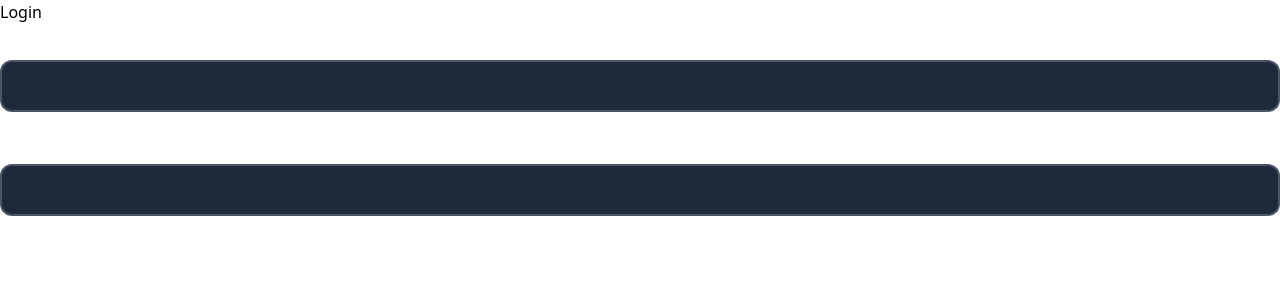
Repository: GabrielF0900/Tarefix
Page: / (app in Frontend/)
The author's editor kept a copy of each file at every save. The page is drawn from the files as they stood at one save, then again after a run of saves.
The browser window is 1280 px wide. The pictures show the whole page.
The project was rebuilt for these pictures with package versions that can differ from the ones it lists, and the page was loaded fresh each time. Also part of the build but not shown: Frontend/vite.config.ts.

Above is the page before, as saved 2025-07-24 17:52:39.

After the next 2 saves:
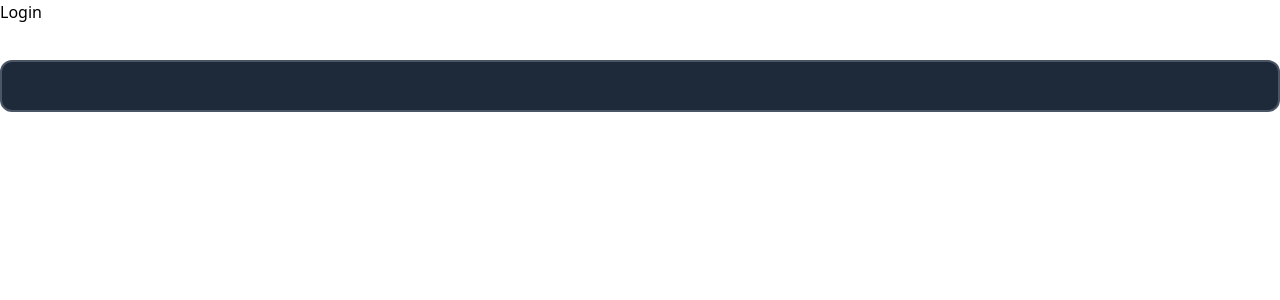
The 2 saves are shown as one change because they came seconds apart.
The last was saved 47 s later.
--- a/Frontend/src/pages/Login.tsx
+++ b/Frontend/src/pages/Login.tsx
@@ -5,7 +5,7 @@
         <div>
             <h1>Login</h1>
             <Input type="text" label="Username" required/>
-            <Input label="Password" type="password" />
+            <input type="password" label="Password" required/>
         </div>
     )
 }

After the 4 saves that followed:
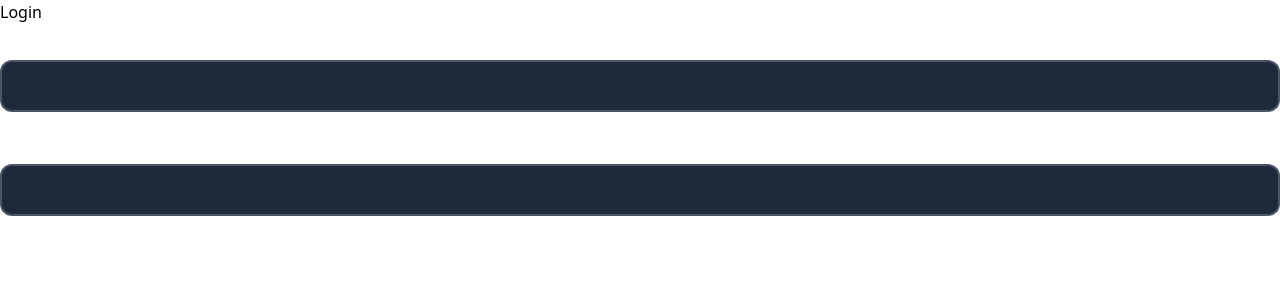
The 4 saves are shown as one change because they came seconds apart.
The last was saved 18 s later.
--- a/Frontend/src/pages/Login.tsx
+++ b/Frontend/src/pages/Login.tsx
@@ -5,7 +5,7 @@
         <div>
             <h1>Login</h1>
             <Input type="text" label="Username" required/>
-            <input type="password" label="Password" required/>
+            <Input type="password" label="Password" required/>
         </div>
     )
 }
